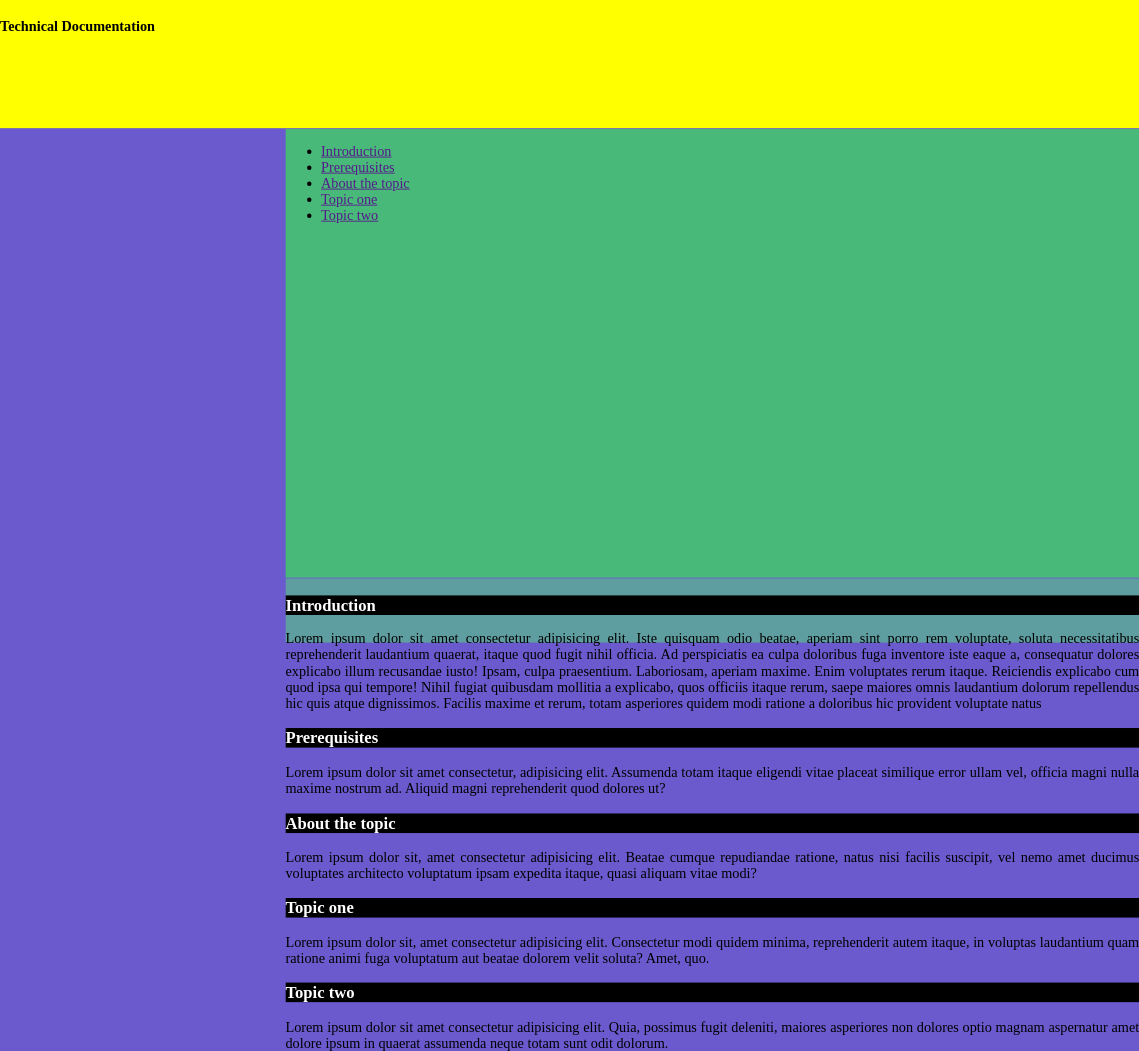
Repository: JoaoLemesDEV/Excercise-Tech-Documentation-Page
Page: index.html
An editor plug-in stored every save of this project. The page is shown before and after the next save, followed by the edit.
The browser window is 1280 px wide. The pictures show the whole page, at 89% of full size.

Above is the page before, as saved 2021-10-03 22:00:26.

After the next save:
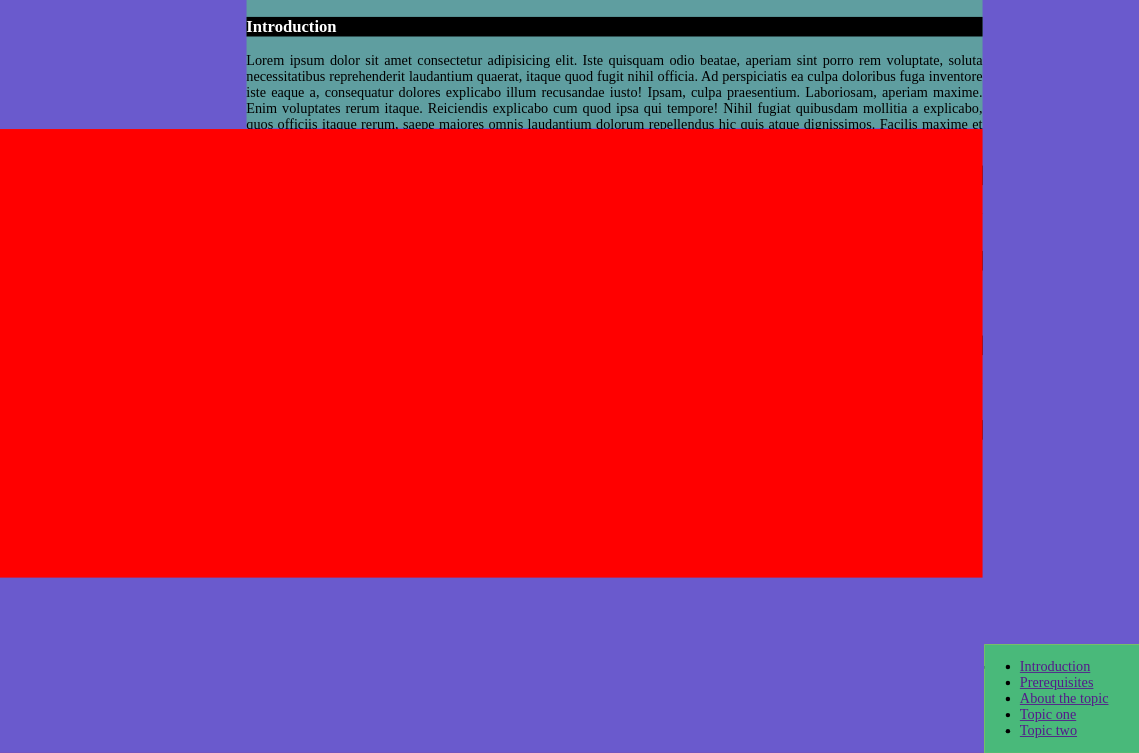
Saved 4 s later.
--- a/index.css
+++ b/index.css
@@ -9,7 +9,7 @@ html body {
   grid-template-columns: 1fr 3fr;
   grid-template-rows: 20vh 70vh 10vh;
   grid-gap: 1px 1px;
-  grid-template-areas: "h h" "m a " "f f";
+  grid-template-areas: "h h" " a " "f f";
 }
 
 header {
